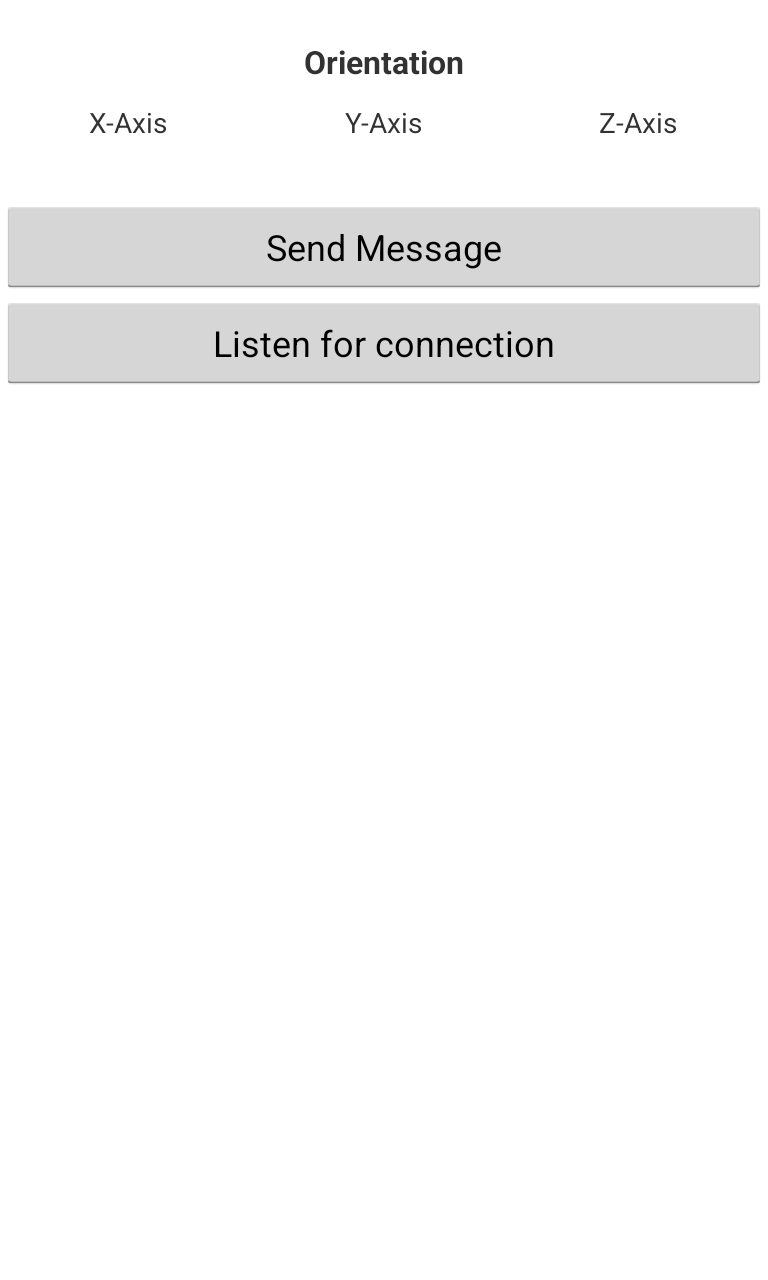
Repository: 3lim/DroidAhoy
Layout: AhoyApp - Send Float/res/layout/main.xml
An editor plug-in stored every save of this project. The layout is shown before and after the next save, followed by the edit.
It is drawn on a 768 x 1280 px phone screen (xhdpi) without system bars, with theme AppTheme; the app's code is not run. Lists and similar views that code fills are empty.

Above is the layout before, as saved 2013-11-21 16:48:51.

After the next save:
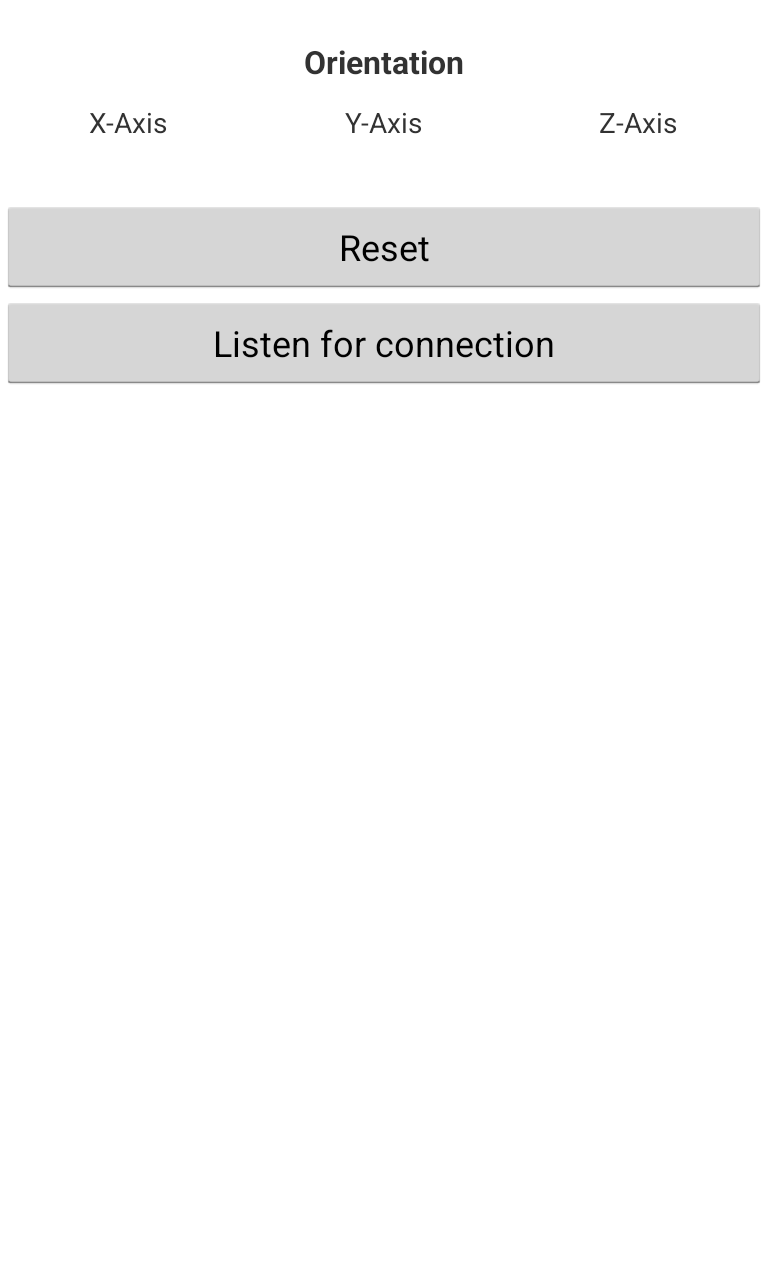
Saved 24 s later.
--- a/AhoyApp - Send Float/res/layout/main.xml
+++ b/AhoyApp - Send Float/res/layout/main.xml
@@ -132,11 +132,12 @@ android:enabled="false"
 
 <Button
 android:id="@+id/send_message"
-android:text="Send Message"
+android:text="Reset"
 android:layout_width="fill_parent"
 android:layout_height="wrap_content"
 android:layout_above="@id/send_message"
 />
+
 <Button
 android:id="@+id/button_listen"
 android:text="Listen for connection"
